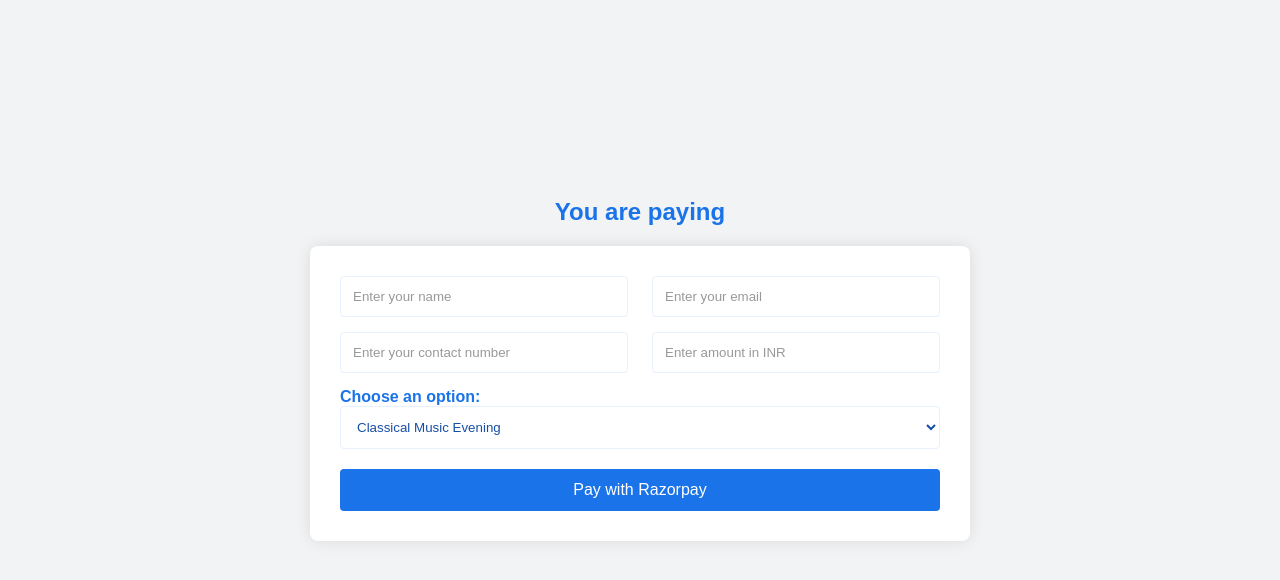
Repository: SharonSebastian32/razorpaypaymentgateway_implementation
Page: bookEventpage.html
The author's editor kept a copy of each file at every save. The page is drawn from the files as they stood at one save, then again after a run of saves.
The browser window is 1280 px wide. The pictures show the whole page.

Above is the page before, as saved 2024-08-09 07:11:41.

### bookEventpage.html
<!DOCTYPE html>
<html lang="en">
  <head>
    <meta charset="UTF-8" />
    <meta name="viewport" content="width=device-width, initial-scale=1.0" />
    <title>Razorpay Payment gateway</title>

    <style>
      :root {
        --primary-blue: #1a73e8;
        --light-blue: #e8f0fe;
        --dark-blue: #174ea6;
        --white: #ffffff;
        --light-gray: #f1f3f4;
      }

      body {
        font-family: Arial, sans-serif;
        background-color: var(--light-gray);
        display: flex;
        justify-content: center;
        align-items: center;
        height: 100vh;
        margin: 0;
      }

      h2 {
        text-align: center;
        color: var(--primary-blue);
        margin-bottom: 20px;
      }

      #paymentForm {
        background-color: var(--white);
        padding: 30px;
        border-radius: 8px;
        box-shadow: 0 0 15px rgba(0, 0, 0, 0.1);
        width: 600px;
       }

      .form-row {
        display: flex;
        justify-content: space-between;
        margin-bottom: 15px;
      }

      .form-group {
        flex: 0 0 48%;
      }

      input,
      select {
        width: 100%;
        padding: 12px;
        border: 1px solid var(--light-blue);
        border-radius: 4px;
        box-sizing: border-box;
        background-color: var(--white);
        color: var(--dark-blue);
        transition: border-color 0.3s ease;
      }

      input:focus,
      select:focus {
        outline: none;
        border-color: var(--primary-blue);
      }

      input::placeholder {
        color: #999;
      }

      label {
        display: block;
        margin-top: 15px;
        color: var(--primary-blue);
        font-weight: bold;
      }

      #rzp-button1 {
        width: 100%;
        padding: 12px;
        background-color: var(--primary-blue);
        color: var(--white);
        border: none;
        border-radius: 4px;
        cursor: pointer;
        font-size: 16px;
        margin-top: 20px;
        transition: background-color 0.3s ease;
      }

      #rzp-button1:hover {
        background-color: var(--dark-blue);
      }
    </style>
  </head>
  <body>
    <div>
      <h2>You are paying </h2>
      <form id="paymentForm">
        <div class="form-row">
          <div class="form-group">
            <input
              type="text"
              id="name"
              placeholder="Enter your name"
              required
            />
          </div>
          <div class="form-group">
            <input
              type="email"
              id="email"
              placeholder="Enter your email"
              required
            />
          </div>
        </div>
        <div class="form-row">
          <div class="form-group">
            <input
              type="text"
              id="contact"
              placeholder="Enter your contact number"
              required
            />
          </div>
          <div class="form-group">
            <input
              type="text"
              id="amount"
              placeholder="Enter amount in INR"
              required
            />
          </div>
        </div>
        <label for="choices">Choose an option:</label>
        <select id="choices" name="choices">
          <!-- Options will be dynamically generated here -->
        </select>
        <button id="rzp-button1" type="submit">Pay with Razorpay</button>
      </form>
    </div>

    <!--------------------------paymentGatewayScripts--------------->
    <script src="./Script/paymentGateway.js"></script>

    <!--------------------------razorpayScript ---------------------->
    <script src="https://checkout.razorpay.com/v1/checkout.js"></script>
  </body>
</html>

### Script/paymentGateway.js
document.getElementById("paymentForm").addEventListener("submit", function (e) {
  e.preventDefault();
  var name = document.getElementById("name").value;
  var email = document.getElementById("email").value;
  var contact = document.getElementById("contact").value;
  var amount = document.getElementById("amount").value * 100;
  // Convert amount to paise

  var options = {
    key: "rzp_test_gCzBTQcb92KH3e", // Enter the Key ID generated from the Dashboard
    amount: amount.toString(), // Amount in currency subunits (100 paise = 1 INR)
    currency: "INR",
    name: "Ozwalz Events",
    description: "Thank You for booking event with Ozwalz Events",
    image: "./assets/images/logo.png",

    handler: function (response) {
      // Handle the response from Razorpay after payment
      // You can redirect to another page or save the response to your database
    },
    prefill: {
      name: name,
      email: email,
      contact: contact,
    },
    notes: {
      description: "Thank You for booking event with Ozwalz Events",
    },
    theme: {
      color: "#red",
    },
  };

  var rzp1 = new Razorpay(options);
  rzp1.open();
});

// API FOR FETCHING EVENTNAME

let eventData;

fetch("./JSON/event.json")
  .then((response) => response.json())
  .then((data) => {
    eventData = data;

    // Populate the select element with event names
    const selectElement = document.getElementById("choices");
    data.forEach((event) => {
      const option = document.createElement("option");
      option.value = event.id;
      option.text = event.eventName;
      selectElement.add(option);
    });

    // Add event listener to the select element
    selectElement.addEventListener("change", updatePriceInput);
  })
  .catch((error) => console.error("Error:", error));

function updatePriceInput() {
  const selectedEventId = document.getElementById("choices").value;
  const selectedEvent = eventData.find((event) => event.id === selectedEventId);

  if (selectedEvent) {
    document.getElementById("amount").value = selectedEvent.price.basePrice;
  } else {
    document.getElementById("amount").value = "";
  }
}

Loaded but not shown: JSON/event.json (899 lines, source omitted)

After the next 6 saves:
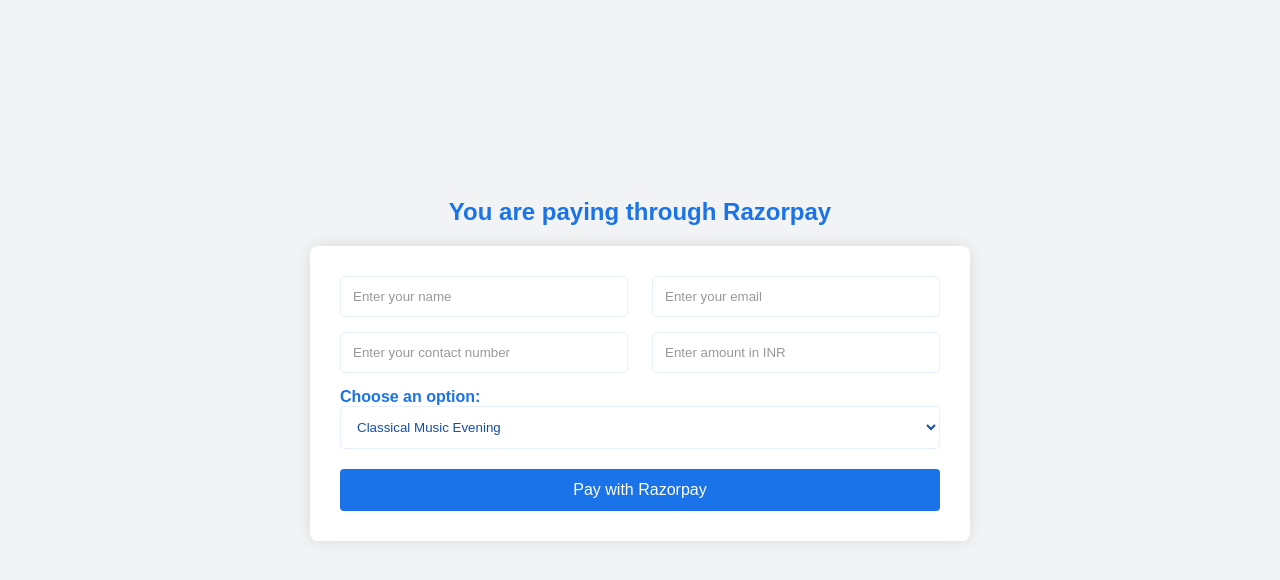
The 6 saves are shown as one change because they came seconds apart.
The last was saved 30 s later.
--- a/bookEventpage.html
+++ b/bookEventpage.html
@@ -97,7 +97,8 @@
   </head>
   <body>
     <div>
-      <h2>You are paying </h2>
+      <h2>You are paying through Razorpay</h2>
+      <p></p>
       <form id="paymentForm">
         <div class="form-row">
           <div class="form-group">
